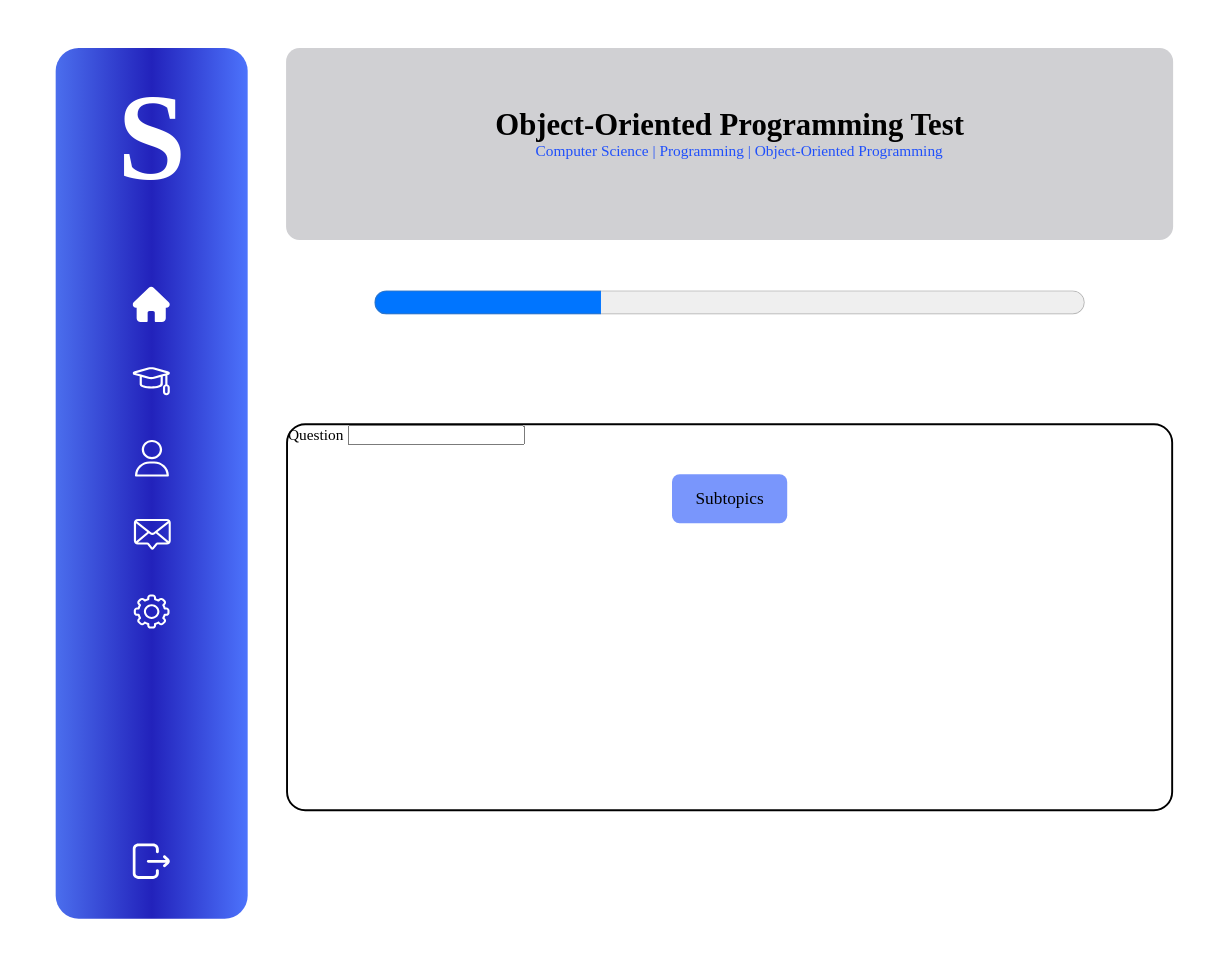
Repository: rafalzacher1/smartify-interface
Page: test.html
These files come from the project's save history. The page is drawn as it stood at one moment and after the next save; the edit follows.
The browser window is 1280 px wide. The pictures show the whole page, at 96% of full size.
Some web fonts or font styles are not loaded; a fallback is used.

Above is the page before, as saved 2022-06-30 19:26:34.

After the next save:
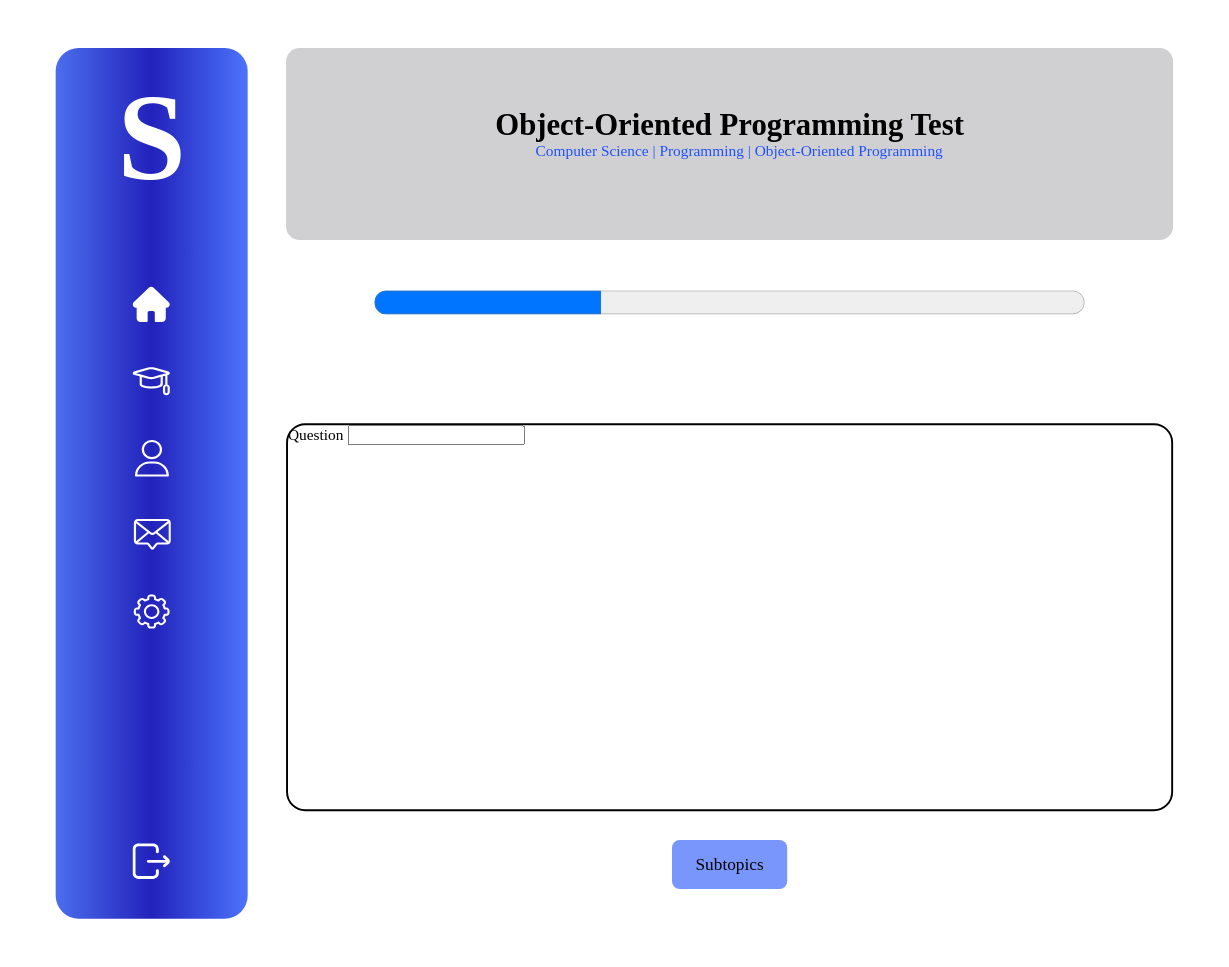
Saved 12 s later.
--- a/test.html
+++ b/test.html
@@ -79,7 +79,7 @@
 
             <div id="question">
                 <label for="q">Question</label>
-                <input id="q" type="text"
+                <input id="q" type="text">
             </div>
 
             <div id="progress-container">
